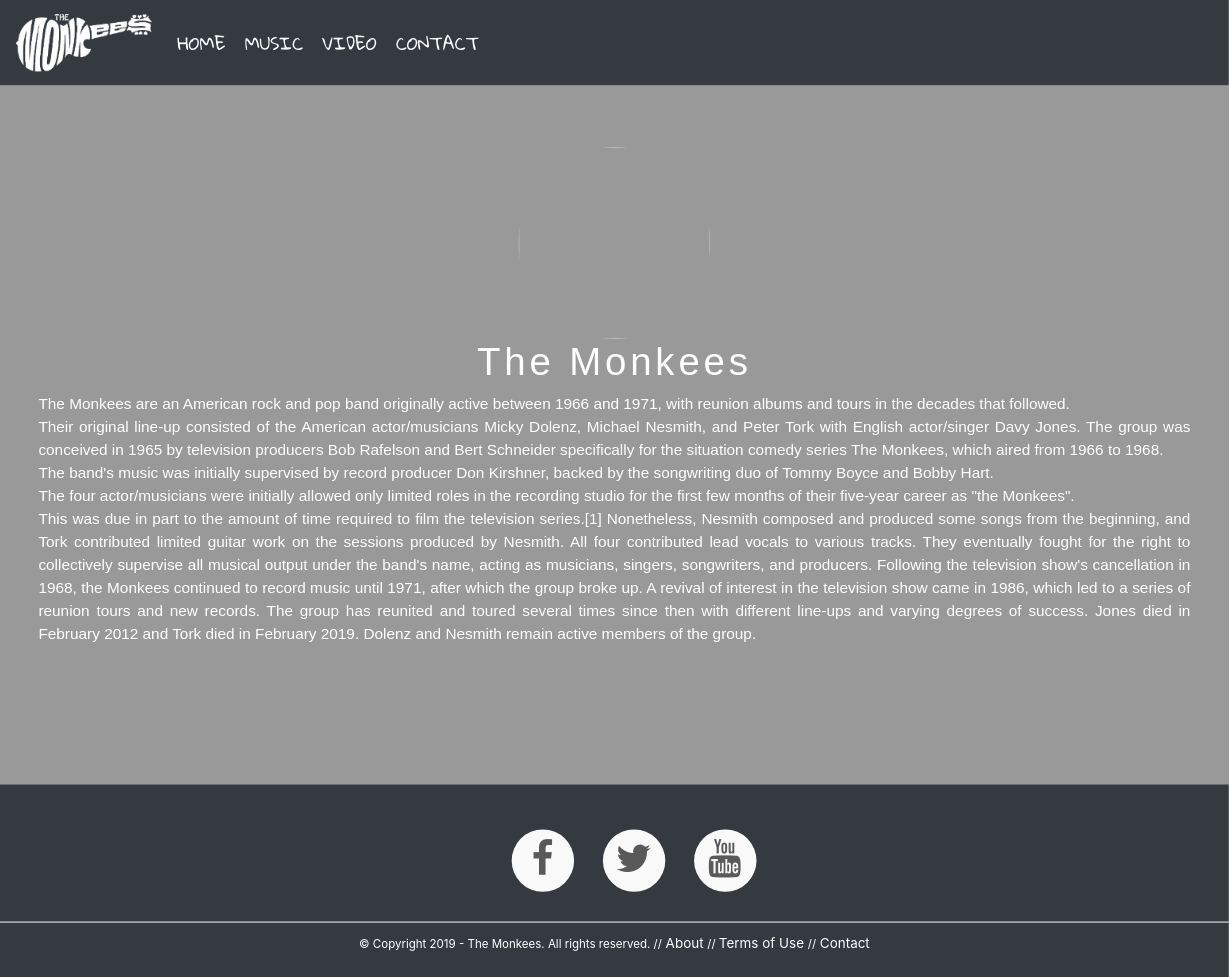
Repository: Code-Institute-Submissions/the_monkees-3
Page: about.html
The author's editor kept a record of every edit. The page is drawn from the files as they stood at one moment, then again after the next edit.
The browser window is 1280 px wide. The pictures show the whole page, at 96% of full size.
Some web libraries are served in a nearby version.

Above is the page before.

After the next edit:
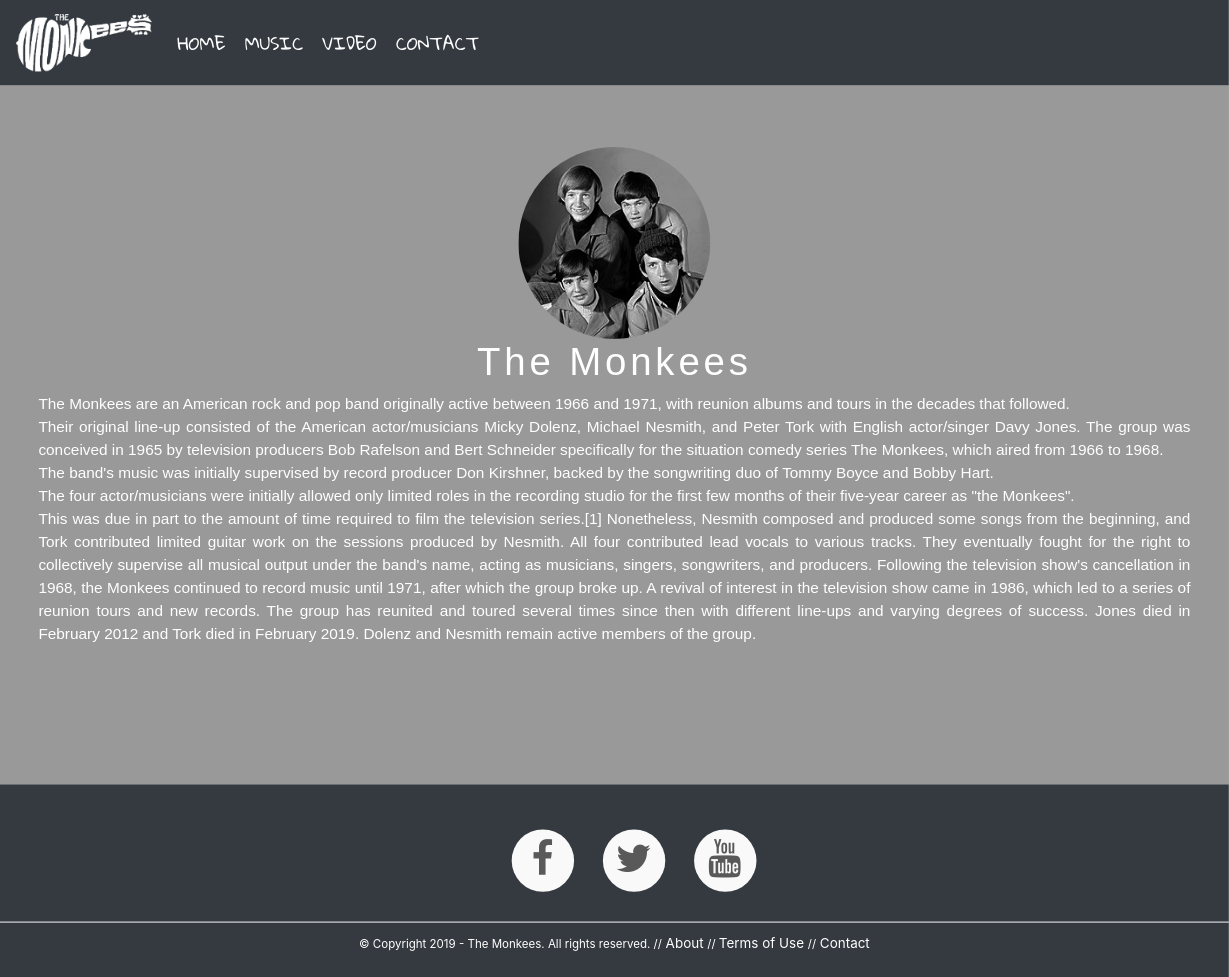
The edit:
--- a/about.html
+++ b/about.html
@@ -43,7 +43,7 @@
   </header>
   <section>
     <div class="box">
-      <img src="" alt="" class="box-img">
+      <img src="assets/image/band.jpg" alt="" class="box-img">
       <h1>The Monkees</h1>
       <p>The Monkees are an American rock and pop band originally active between 1966 and 1971, with reunion albums and tours in the decades that followed.
       <br>Their original line-up consisted of the American actor/musicians Micky Dolenz, Michael Nesmith, and Peter Tork with English actor/singer Davy Jones.
